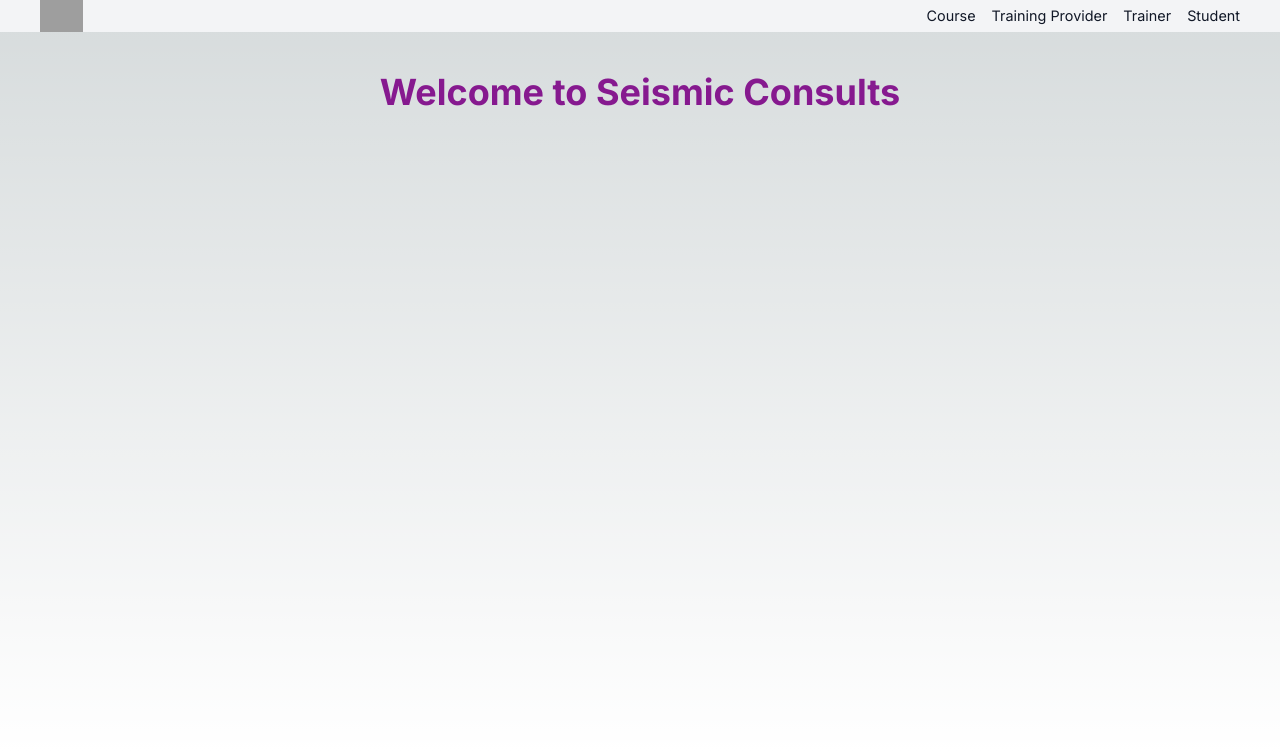
Repository: marcusdashe/seismicconsults-frontend
Page: /
These files come from the project's save history. The page is drawn as it stood at one moment and after the next save; the edit follows.
The browser window is 1280 px wide. The pictures show the whole page.
Pictures or frames that could not be fetched are drawn as grey boxes. The project was rebuilt for these pictures with package versions that can differ from the ones it lists, and the page was loaded fresh each time. The framework's server and built-in components were replaced by stand-ins that run in the browser. Also part of the build but not shown: next.config.js.

Above is the page before, as saved 2023-08-01 19:09:41.

### app/layout.tsx
import "./globals.css";
import type { Metadata } from "next";
import { Inter } from "next/font/google";
import NavBar from "./components/NavBar";
// import { Author } from "@web/types";

const inter = Inter({ subsets: ["latin"] });

export const metadata: Metadata = {
  title: "Seismic Consults Limited",
  description:
    "Technical and Vocational Education Management Information System",
  keywords: ["Seismicconsults", "Seismic", "Consultancy"],
  //  authors: [
  //   Author("Marcus Dashe"),]
};

export default function RootLayout({
  children,
}: {
  children: React.ReactNode;
}) {
  return (
    <html lang="en">
      <body className={inter.className}>
        <NavBar />
        {children}
      </body>
    </html>
  );
}

### app/page.tsx
import Image from "next/image";
import React from "react";
import Head from "next/head";

export default function Home() {
  return (
    <div className="bg min-h-screen">
      <Head>
        <title>Hello Home</title>
        <meta name="description" content="A school management system" />
      </Head>

      <main className="container mx-auto py-10 px-4 flex flex-col items-center justify-start">
        <h1 className="text-4xl font-bold mb-8 px-0 text-fuchsia-800">
          Welcome to Seismic Consults
        </h1>
      </main>
    </div>
  );
}

### app/components/NavBar.tsx
import Link from "next/link";

const NavBar = () => {
  return (
    <nav className="flex justify-between items-center px-10 w-full text-[.9rem] bg-gray-100">
      <a href="/" className="text-gray-900">
        <img src="/logo.png" alt="Logo" className="h-8 w-auto" />
      </a>
      <ul className="flex space-x-4">
        <li>
          <Link href="/course" className="text-gray-900 hover:text-gray-700">
            Course
          </Link>
        </li>
        <li>
          <Link href="/provider" className="text-gray-900 hover:text-gray-700">
            Training Provider
          </Link>
        </li>
        <li>
          <Link href="/trainer" className="text-gray-900 hover:text-gray-700">
            Trainer
          </Link>
        </li>
        <li>
          <Link href="/student" className="text-gray-900 hover:text-gray-700">
            Student
          </Link>
        </li>
      </ul>
    </nav>
  );
};

export default NavBar;

### tailwind.config.js
/** @type {import('tailwindcss').Config} */
module.exports = {
  important: {
    "#__next": true,
  },
  content: [
    "./pages/**/*.{js,ts,jsx,tsx,mdx}",
    "./components/**/*.{js,ts,jsx,tsx,mdx}",
    "./app/**/*.{js,ts,jsx,tsx,mdx}",
  ],
  theme: {
    extend: {},
  },
  plugins: [],
};

Loaded but not shown: app/globals.css (common file)

After the next save:
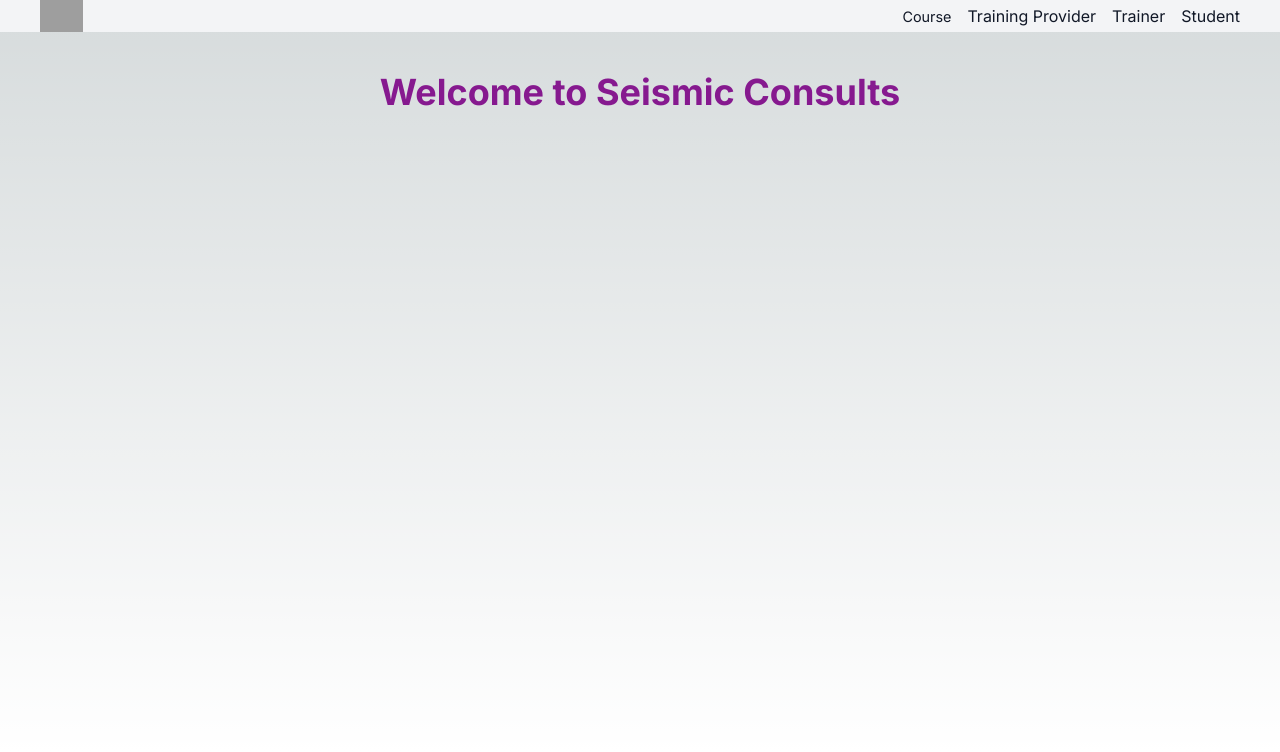
Saved 30 s later.
--- a/app/components/NavBar.tsx
+++ b/app/components/NavBar.tsx
@@ -2,13 +2,16 @@
 
 const NavBar = () => {
   return (
-    <nav className="flex justify-between items-center px-10 w-full text-[.9rem] bg-gray-100">
+    <nav className="flex justify-between items-center px-10 w-full  bg-gray-100">
       <a href="/" className="text-gray-900">
         <img src="/logo.png" alt="Logo" className="h-8 w-auto" />
       </a>
       <ul className="flex space-x-4">
         <li>
-          <Link href="/course" className="text-gray-900 hover:text-gray-700">
+          <Link
+            href="/course"
+            className="text-gray-900 hover:text-gray-700 text-[.9rem]"
+          >
             Course
           </Link>
         </li>
